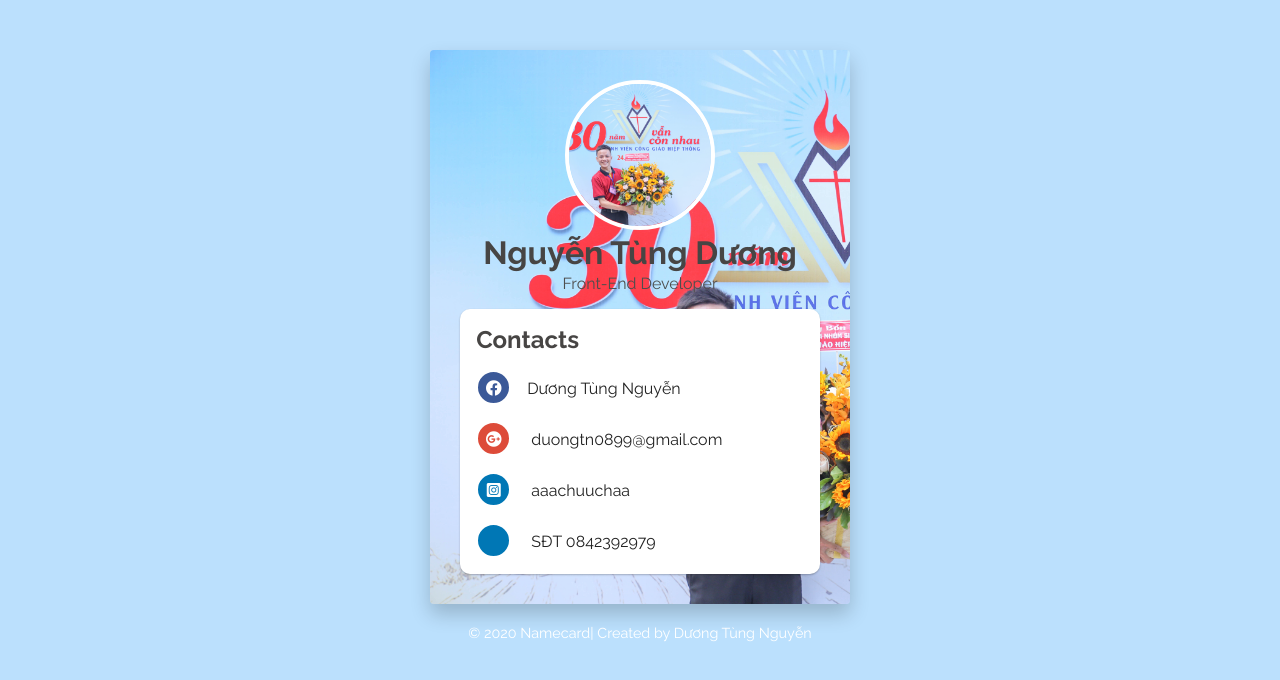
Repository: DuongTungNguyen0899/Card_Duong.github.io
Page: index.html
An editor plug-in stored every save of this project. The page is shown before and after the next save, followed by the edit.
The browser window is 1280 px wide. The pictures show the whole page.

Above is the page before, as saved 2021-06-27 18:43:39.

### index.html
<!DOCTYPE HTML>
<html>
<head>
<title>Shaded Profile Widget Flat Responsive Widget Template :: w3layouts</title>
<!-- Custom Theme files -->
<link href="css/style.css" rel="stylesheet" type="text/css" media="all"/>
<!-- for-mobile-apps -->
<meta http-equiv="Content-Type" content="text/html; charset=utf-8" />
<meta name="viewport" content="width=device-width, initial-scale=1, maximum-scale=1">
<meta http-equiv="Content-Type" content="text/html; charset=utf-8" />
<!-- //for-mobile-apps -->
<!-- font-awesome icons -->
<link href="css/fontawesome-free-5.15.3-web/css/fontawesome.css" rel="stylesheet">
<link rel="stylesheet" href="css/fontawesome-free-5.15.3-web/css/all.min.css">
<!-- //font-awesome icons -->
<!--Google Fonts-->
<link href="https://fonts.googleapis.com/css2?family=Raleway:wght@400;500;600;700&display=swap" rel="stylesheet">
</head>
<body>
<!--profile start here-->

<div class="profile">
	<div class="wrap">
		<div class="profile-main">
			<div class="profile-pic wthree">
				<img src="img/IMG_7157.JPG" alt="">
				<h2>Nguyễn Tùng Dương</h2>
				<p>Front-End Developer</p>
			</div>
			<!-- <div class="w3-message">
				<h5>About Me</h5>
				<p>Chào bạn ! Chúng mình là ADC Studio.Liên hệ cho chúng mình nhé ^_^</p>
			</div> -->
			<div class="w3ls-touch">
				<h5>Contacts</h5>
				<div class="social">
					<ul>
						<li><a href="https://www.facebook.com/DuongTung.td/"> <i class="fab fa-facebook" aria-hidden="true"></i><p>Dương Tùng Nguyễn</p></a></li>
						<!-- <li><a href="#"><i class="fa fa-twitter" aria-hidden="true"></i> <p>Connected To Twitter</p></a></li> -->
						<!-- <li><a href="#"><i class="fa fa-linkedin" aria-hidden="true"></i> <p>Connected To Linkedin</p></a></li> -->
                        <li><a href="duongtn0899@gmail.com"><i class="fab fa-google-plus" aria-hidden="true"></i> <p>duongtn0899@gmail.com</p></a></li>
                        <!-- <li><a href="#"> <img src="/img/iconfinder_7044033_zalo_icon_512px.png" class="fab fa-zalo" alt=""> <p>Connected To Zalo</p></a></li> -->
						<li><a href="https://www.instagram.com/aaachuuchaa/"><i class="fab fa-instagram-square"></i> <p>aaachuuchaa</p></a></li>
						<li><a href="tel: 0842392979"><i class="fab fa-mobile"></i> <p>SĐT 0842392979</p></a></li>
					</ul>
				</div>
			</div>
		</div>
		<div class="wthree_footer_copy">
			<p>© 2020 Namecard| Created by <a href="#">Dương Tùng Nguyễn</a></p>
		</div>
	</div>
</div>
<!--profile end here-->

</body>
</html>

### css/style.css
*,
*::before,
*::after {
	margin: 0;
	padding: 0;
	box-sizing: border-box;
}

html {

}


ul{list-style:none;}
a {text-decoration: none;}
img {
	width:150px;
	height:150px;
}
/*end reset*/
body{
	padding: 30px;
    background: #bbe0fd;
    background-size: cover;
   font-family: 'Raleway', sans-serif;
}
.wrap {
    width: 80%;
    margin: 0 auto;
}
/*--profile start here--*/
.heading-1 {
	font-size: 35px;
	font-weight: 400;
	letter-spacing: 1.2;
}
h1 {
    font-size: 3em;
    color: #fff;
    text-align: center;
}
.profile-main {
    background: url(./img/IMG_7157.JPG) no-repeat 0px 0px;
	background-size:cover;
    width: 45%;
    margin: 20px auto;
    padding: 30px;
    border-radius: 4px;
    box-shadow: 0 10px 20px rgba(0,0,0,.2);
}
.profile-pic {
    margin: 0 0 1em 0;
    text-align: center;
}
.profile-pic img {
    border:4px solid #fff;
	border-radius: 82px;
	object-fit: cover;
	    transition: 0.5s all;
    -webkit-transition: 0.5s all;
    -moz-transition: 0.5s all;
    -o-transition: 0.5s all;
}
.profile-pic h2 {
    font-size: 2em;
    color: #474544;
    margin-bottom: 0.1em;
}
.profile-pic p {
    font-size: 1em;
    color:#4E4E4E;
}
.wthree_tab_grid_sub {
    margin: 1em 0 0 0;
}
.wthree_tab_grid_sub_left {
	float: left;
    width: 26.2%;
    padding: .5em;
    text-align: center;
    background: #d3aefe;
}
.wthree_tab_grid_sub_left h5 {
    font-size: 1.5em !important;
    color: #fff !important;
    font-weight: 700;
}
.wthree_tab_grid_sub_left p {
	color: #fff !important;
    font-size: .9em !important;
    margin: 0 !important;
}
.wthree_tab_grid_sub_left:nth-child(2) {
    margin: 0 1em;
}
.w3-message,.w3ls-touch{
    padding: 1em;
    box-shadow: 0 0px 1px rgba(197, 197, 197, 0.19),0 1px 2px rgba(0, 0, 0, 0.24);
    background: #fff;
}
.w3-message h5,.w3ls-touch h5{
	color:#474544;
	font-size:1.5em;
	margin:0;
}
.w3-message p{
	color:#c5b7b7;
	font-size:16px;
	margin:1em 0 0 0;
	line-height:1.8em;
}
.w3ls-touch{
	margin:1em 0 0 0;
	border-radius: 10px;
}
.social {
	margin: 1em 0 0 0;
}
.social ul{
	padding:0;
	margin:0;
}
.social ul li{
    display: block;
	margin:1em 0 0 0;
}
.social ul li:nth-child(1){
	margin:0;
}
.social ul li a {
	color: #333;
    text-align: center;
}
.social ul li a i.fab.fa-facebook,.social ul li a img.fab.fa-zalo,.social ul li a i.fab.fa-instagram-square,.social ul li a i.fab.fa-google-plus,.social ul li a i.fab.fa-mobile{
    height: 35px;
    width: 35px;
    background: none;
    line-height: 32px;
    border: solid 2px #FFF;
    color: #FFF;
    border-radius: 50%;
    -webkit-border-radius: 50%;
    -moz-border-radius: 50%;
    -o-border-radius: 50%;
    -ms-border-radius: 50%;
    transition: 0.5s all;
    -webkit-transition: 0.5s all;
    -moz-transition: 0.5s all;
    -o-transition: 0.5s all;
    -ms-transition: 0.5s all;
}
.social ul li a i.fab.fa-facebook {
	background: #3b5998;
}
.social ul li a img.fab.fa-zalo{
	background: #1da1f2;
}
.social ul li a i.fab.fa-instagram-square{
	background: #0077b5;
}
.social ul li a i.fab.fa-mobile{
	background: #0077b5;
}
.social ul li a i.fab.fa-google-plus{
	background: #dd4b39;
}
.social ul li a i.fab.fa-facebook:hover {
	border: solid 2px #3b5998;
    color: #3b5998;
	background:none;
}
.social ul li a i.fab.fa-mobile:hover {
	border: solid 2px #3b5998;
    color: #3b5998;
	background:none;
}
.social ul li a img.fab.fa-zalo:hover{
	border: solid 2px #1da1f2;
    color: #1da1f2;
	background:none;
}
.social ul li a i.fab.fa-instagram-square:hover{
	border: solid 2px #0077b5;
    color: #0077b5;
	background:none;
}
.social ul li a i.fab.fa-google-plus:hover{
	border: solid 2px #dd4b39;
    color: #dd4b39;
	background:none;
}
.social ul li a p{
    color: #212121;
    font-size: 16px;
    margin: 0 0 0 1em;
    font-weight: 400;
    display: inline-block;
}
.wthree_footer_copy{
	text-align:center;
}
.wthree_footer_copy p{
	color:#FFFFFF;
	font-size:.9em;
	margin:0;
}
.wthree_footer_copy p a{
	color:#FFFFFF;
	text-decoration:none;
}
.wthree_footer_copy p a:hover{
	color:#212121;
}
/*-- responsive --*/
@media(max-width:1440px){
	.wthree_tab_grid_sub_left {
		width: 25.2%;
	}
}
@media(max-width:1280px){
	.profile-main {
		width: 43%;
	}
}
@media(max-width:1080px){
	body {
		padding: 10px;
	}
	.wrap {
		width: 100%;
	}
	.profile-main {
		width: 100%;
	}
}

@media(max-width:600px){
	.profile-main {
		background: url(./img/IMG_7157.JPG) no-repeat -100px 0px;
		background-size: cover;
	}
	.social ul li a p {
		font-size: 13px;
	}
}


@media(max-width:320px){
	h1 {
		font-size: 1.5em;
	}
	.wthree_tab_grid_sub_left {
		width: 21.5%;
	}
	.wthree_tab_grid_sub_left p {
		font-size: .8em !important;
	}
	.profile-main {
		background: url(./img/IMG_7157.JPG) no-repeat -173px 0px;
		background-size: cover;
	}
}
/*-- //responsive --*/

.fa-facebook:before {
    content: "\f09a";
}

Loaded but not shown: css/fontawesome-free-5.15.3-web/css/fontawesome.css (library); css/fontawesome-free-5.15.3-web/css/all.min.css (library)

After the next save:
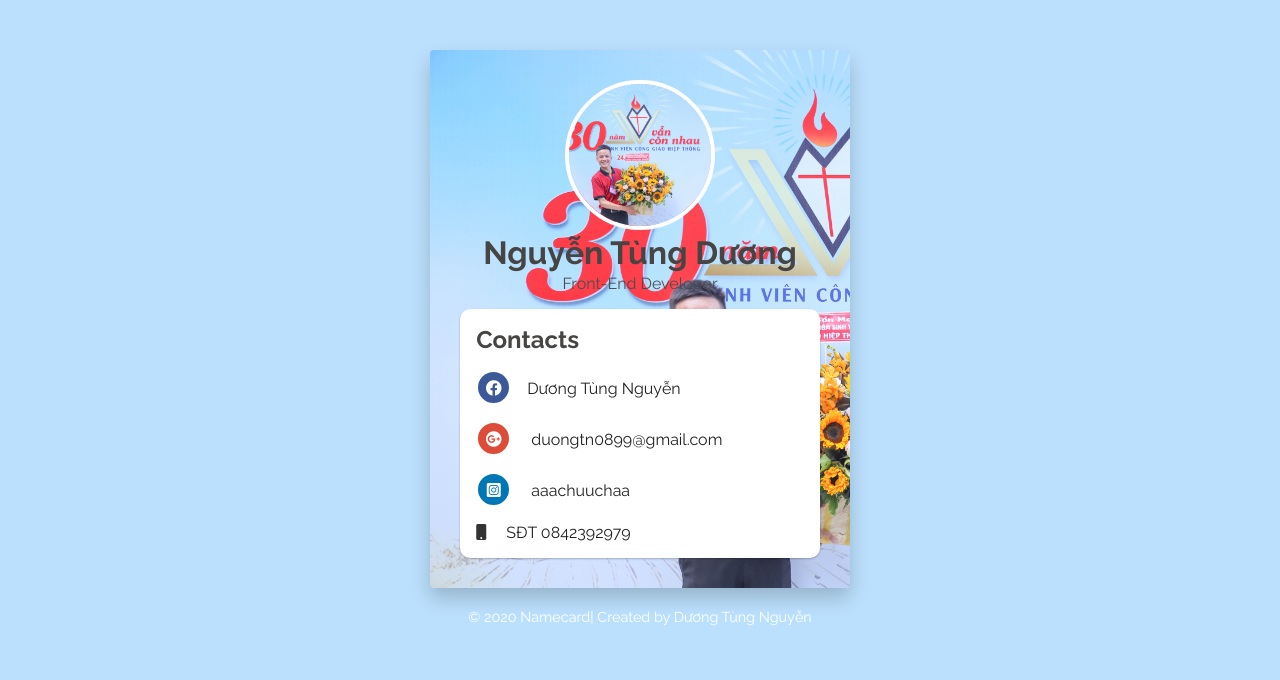
Saved 53 s later.
--- a/index.html
+++ b/index.html
@@ -41,7 +41,7 @@
                         <li><a href="duongtn0899@gmail.com"><i class="fab fa-google-plus" aria-hidden="true"></i> <p>duongtn0899@gmail.com</p></a></li>
                         <!-- <li><a href="#"> <img src="/img/iconfinder_7044033_zalo_icon_512px.png" class="fab fa-zalo" alt=""> <p>Connected To Zalo</p></a></li> -->
 						<li><a href="https://www.instagram.com/aaachuuchaa/"><i class="fab fa-instagram-square"></i> <p>aaachuuchaa</p></a></li>
-						<li><a href="tel: 0842392979"><i class="fab fa-mobile"></i> <p>SĐT 0842392979</p></a></li>
+						<li><a href="tel: 0842392979"><i class="fas fa-mobile "></i> <p>SĐT 0842392979</p></a></li>
 					</ul>
 				</div>
 			</div>

After the save that followed:
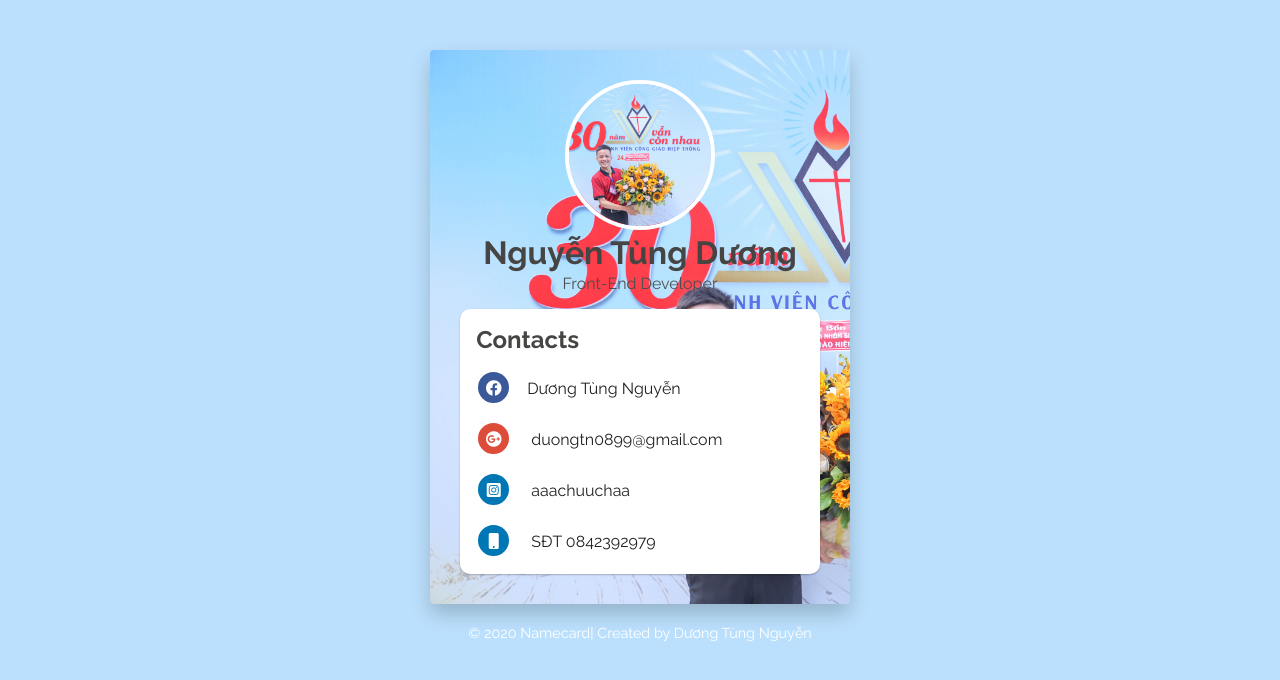
Saved 29 s later.
--- a/css/style.css
+++ b/css/style.css
@@ -131,7 +131,7 @@ h1 {
 	color: #333;
     text-align: center;
 }
-.social ul li a i.fab.fa-facebook,.social ul li a img.fab.fa-zalo,.social ul li a i.fab.fa-instagram-square,.social ul li a i.fab.fa-google-plus,.social ul li a i.fab.fa-mobile{
+.social ul li a i.fab.fa-facebook,.social ul li a img.fab.fa-zalo,.social ul li a i.fab.fa-instagram-square,.social ul li a i.fab.fa-google-plus,.social ul li a i.fas.fa-mobile{
     height: 35px;
     width: 35px;
     background: none;
@@ -158,7 +158,7 @@ h1 {
 .social ul li a i.fab.fa-instagram-square{
 	background: #0077b5;
 }
-.social ul li a i.fab.fa-mobile{
+.social ul li a i.fas.fa-mobile{
 	background: #0077b5;
 }
 .social ul li a i.fab.fa-google-plus{
@@ -169,7 +169,7 @@ h1 {
     color: #3b5998;
 	background:none;
 }
-.social ul li a i.fab.fa-mobile:hover {
+.social ul li a i.fas.fa-mobile:hover {
 	border: solid 2px #3b5998;
     color: #3b5998;
 	background:none;
